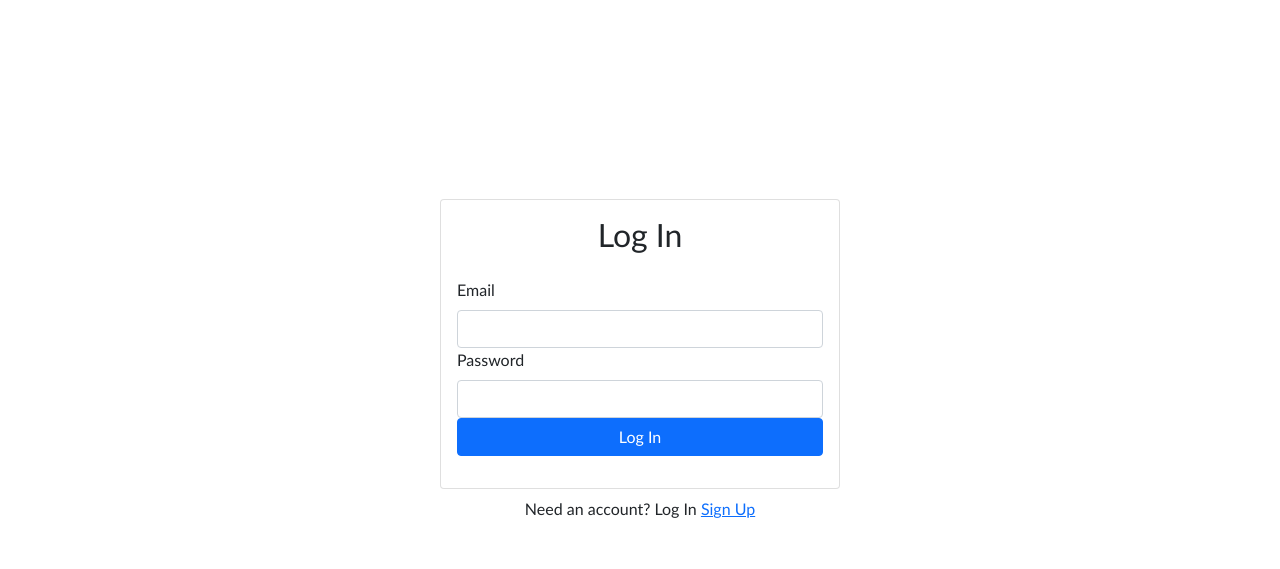
Repository: patrik-fredlund/freshkeeper-repo
Page: /login
These files come from the project's save history. The page is drawn as it stood at one moment and after the next save; the edit follows.
The browser window is 1280 px wide. The pictures show the whole page.
The project was rebuilt for these pictures with package versions that can differ from the ones it lists, and the page was loaded fresh each time. Also part of the build but not shown: src/components/Signup.js, src/components/Dashboard.js, src/components/PrivateRoute.js.

Above is the page before, as saved 2021-10-05 16:44:15.

### public/index.html
<!DOCTYPE html>
<html lang="en">

<head>
  <meta charset="utf-8" />
  <link rel="icon" href="%PUBLIC_URL%/favicon.ico" />
  <meta name="viewport" content="width=device-width, initial-scale=1" />
  <meta name="theme-color" content="#000000" />
  <meta name="description" content="Web site created using create-react-app" />
  <link rel="apple-touch-icon" href="%PUBLIC_URL%/logo192.png" />

  <link rel="manifest" href="%PUBLIC_URL%/manifest.json" />

  <title>Freshkeeper</title>
</head>

<body>
  <noscript>You need to enable JavaScript to run this app.</noscript>
  <div id="root"></div>

</body>

</html>

### src/index.js
import React from 'react';
import ReactDOM from 'react-dom';
import App from './components/App';
import 'bootstrap/dist/css/bootstrap.min.css';

ReactDOM.render(
  <React.StrictMode>
    <App />
  </React.StrictMode>,
  document.getElementById('root')
);

### src/components/App.js
import { Container } from 'react-bootstrap';
import '../App.css';
import Signup from './Signup';
import { AuthProvider } from '../context/AuthContext';
import { BrowserRouter as Router, Switch, Route } from 'react-router-dom';
import Dashboard from './Dashboard';
import Login from './Login';
import PrivateRoute from './PrivateRoute';

function App() {
  return (
    <Container
      className='d-flex align-items-center justify-content-center'
      style={{ minHeight: '100vh' }}
    >
      <div className='w-100' style={{ maxWidth: '400px' }}>
        <Router>
          <AuthProvider>
            <Switch>
              <PrivateRoute exact path='/' component={Dashboard} />
              <Route path='/signup' component={Signup} />
              <Route path='/login' component={Login} />
            </Switch>
          </AuthProvider>
        </Router>
      </div>
    </Container>
  );
}

export default App;

### src/App.css
* {
  box-sizing: border-box;
  margin: 0;
  padding: 0;
  font-family: 'Gill Sans', 'Gill Sans MT', Calibri, 'Trebuchet MS', sans-serif;
}

h1 {
  color: red;
}

### src/context/AuthContext.js
import React, { useContext, useState, useEffect } from 'react';
import { auth } from '../firebase';

const AuthContext = React.createContext();

export function useAuth() {
  return useContext(AuthContext);
}

export function AuthProvider({ children }) {
  const [currentUser, setCurrentUser] = useState();
  const [loading, setLoading] = useState(true);

  function signup(email, password) {
    return auth.createUserWithEmailAndPassword(email, password);
  }

  function login(email, password) {
    return auth.signInWithEmailAndPassword(email, password);
  }

  function logout() {
    return auth.signOut();
  }

  useEffect(() => {
    const unsubscribe = auth.onAuthStateChanged((user) => {
      setCurrentUser(user);
      setLoading(false);
    });
    return unsubscribe;
  }, []);

  const value = {
    currentUser,
    login,
    signup,
    logout,
  };

  return (
    <AuthContext.Provider value={value}>
      {!loading && children}
    </AuthContext.Provider>
  );
}

### src/components/Login.js
import React, { useRef, useState } from 'react';
import { Form, Button, Card, Alert } from 'react-bootstrap';
import { useAuth } from '../context/AuthContext';
import { Link } from 'react-router-dom';

export default function Login() {
  const emailRef = useRef();
  const passwordRef = useRef();
  const { login } = useAuth();
  const [error, setError] = useState('');
  const [loading, setLoading] = useState(false);

  async function handleSubmit(e) {
    e.preventDefault();

    try {
      setError('');
      setLoading(true);
      await login(emailRef.current.value, passwordRef.current.value);
    } catch {
      setError('Failed to Log In');
    }

    setLoading(false);
  }

  return (
    <>
      <Card>
        <Card.Body>
          <h2 className='text-center mb-4'>Log In</h2>

          {error && <Alert variant='danger'>{error}</Alert>}
          <Form onSubmit={handleSubmit}>
            <Form.Group id='email'>
              <Form.Label>Email</Form.Label>
              <Form.Control type='email' ref={emailRef} required />
            </Form.Group>
            <Form.Group id='password'>
              <Form.Label>Password</Form.Label>
              <Form.Control type='password' ref={passwordRef} required />
            </Form.Group>

            <Button disabled={loading} className='w-100' type='submit'>
              Log In
            </Button>
          </Form>
          <div className='w-100 text-center mt-3'></div>
        </Card.Body>
      </Card>
      <div className='w-100 text-center mt-2'>
        Need an account? Log In <Link to='/signup'>Sign Up </Link>
      </div>
    </>
  );
}

### src/firebase.js
import firebase from 'firebase/compat/app';
import 'firebase/compat/auth';

const app = firebase.initializeApp({
  apiKey: process.env.REACT_APP_FIREBASE_API_KEY,
  authDomain: process.env.REACT_APP_FIREBASE_AUTH_DOMAIN,
  projectId: process.env.REACT_APP_FIREBASE_PROJECT_ID,
  storageBucket: process.env.REACT_APP_FIREBASE_STORAGE_BUCKET,
  messagingSenderId: process.env.REACT_APP_FIREBASE_MESSAGE_SENDER_ID,
  appId: process.env.REACT_APP_FIREBASE_APP_ID,
});

export const auth = app.auth();
export default app;

After the next save:
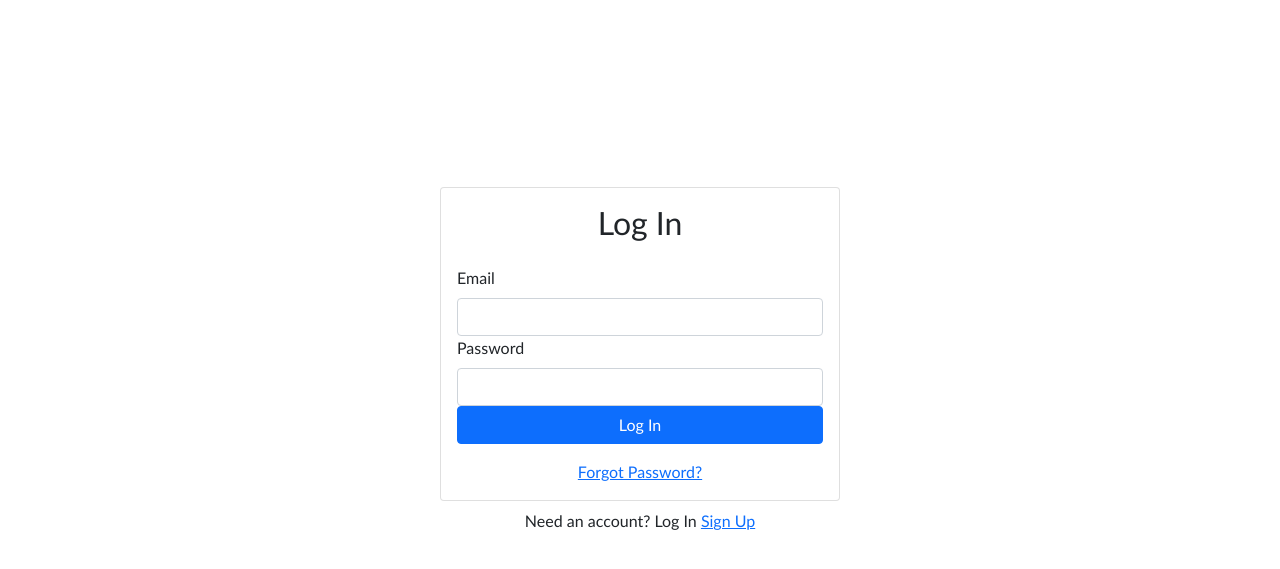
Saved 62 s later.
--- a/src/components/Login.js
+++ b/src/components/Login.js
@@ -45,7 +45,9 @@ export default function Login() {
               Log In
             </Button>
           </Form>
-          <div className='w-100 text-center mt-3'></div>
+          <div className='w-100 text-center mt-3'>
+            <Link to='forgot-password'>Forgot Password?</Link>
+          </div>
         </Card.Body>
       </Card>
       <div className='w-100 text-center mt-2'>
